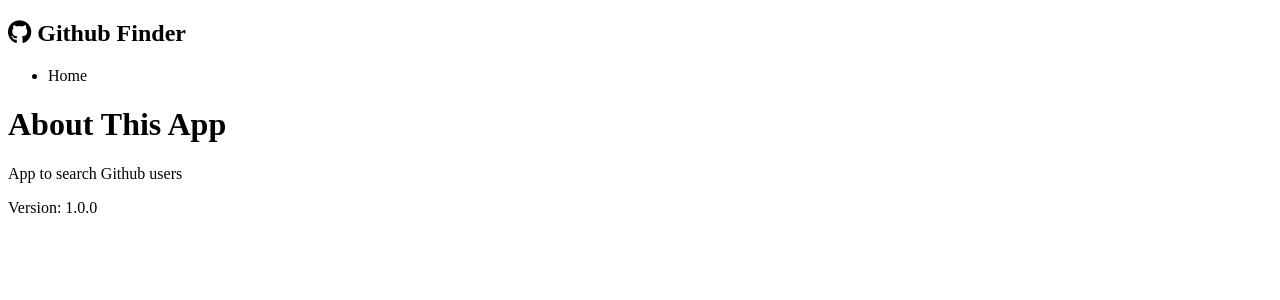
Repository: AbrorjonKuchkarov/GithubFinderReact
Page: /about
The author's editor kept a copy of each file at every save. The page is drawn from the files as they stood at one save, then again after the next save.
The browser window is 1280 px wide. The pictures show the whole page.
The project was rebuilt for these pictures with package versions that can differ from the ones it lists, and the page was loaded fresh each time. Also part of the build but not shown: src/components/users/UserItem.js, src/components/layout/Spinner.js, src/components/users/Users.js, src/components/users/Search.js, src/components/layout/Alert.js, src/App.css.

Above is the page before, as saved 2022-01-10 17:01:03.

After the next save:
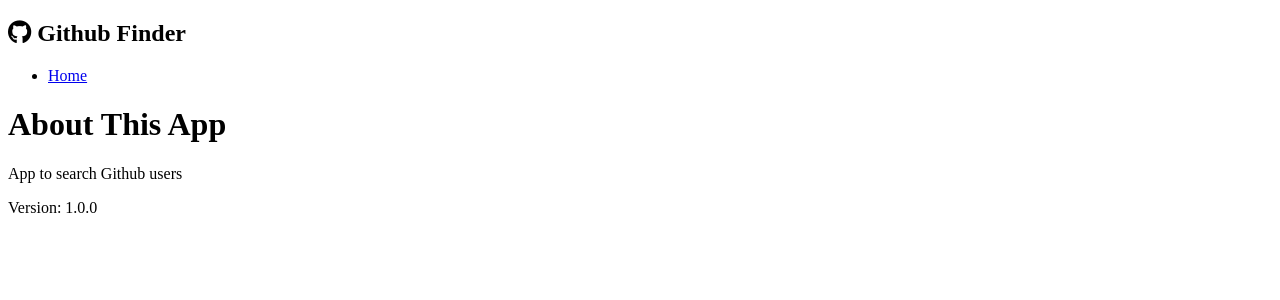
Saved 28 s later.
--- a/src/components/layout/Navbar.js
+++ b/src/components/layout/Navbar.js
@@ -12,7 +12,7 @@
             </h1>
             <ul>
                <li>
-                  <Link to='/' /> Home
+                  <Link to='/' > Home </Link>
                </li>
             </ul>
          </nav>
